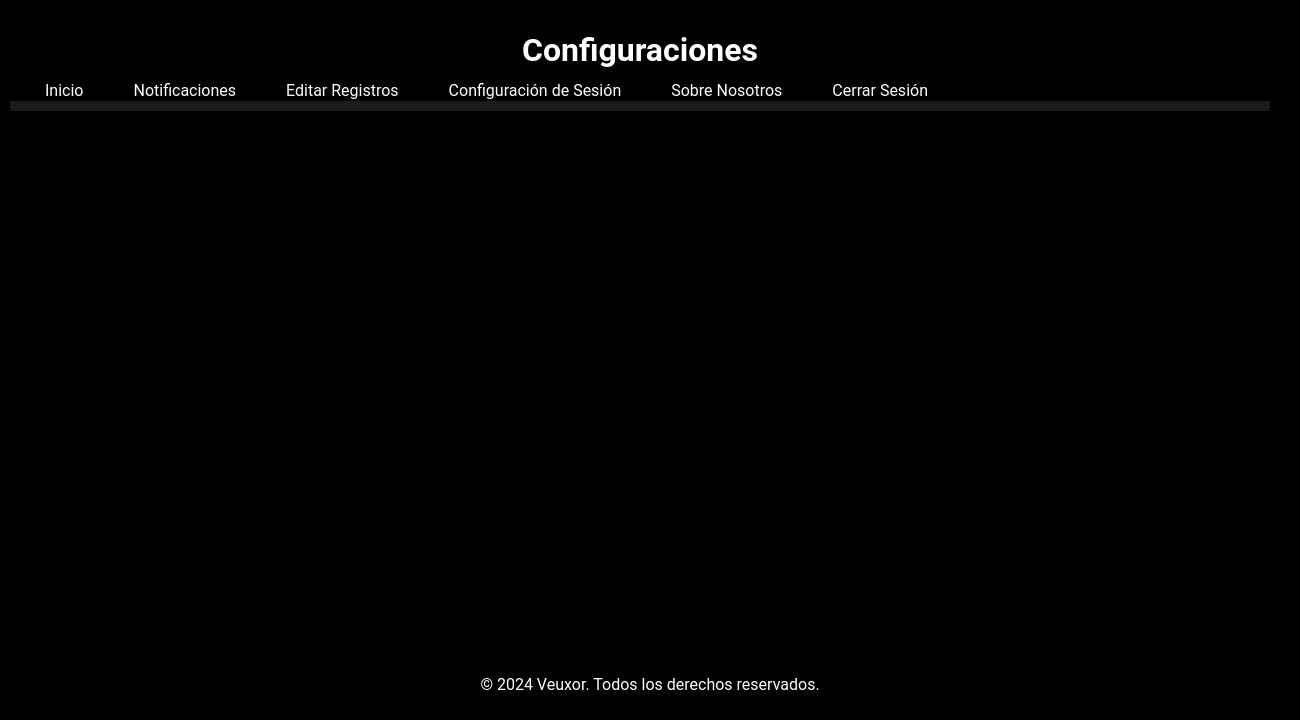
Repository: EddyWebz/updat
Page: privado/config.html
These files come from the project's save history. The page is drawn as it stood at one moment and after the next save; the edit follows.
The browser window is 1280 px wide. The page is 1300 px wide, so the pictures cover 1300 px, including what lies to the right of the window. The pictures show the whole page.

Above is the page before, as saved 2024-09-15 11:15:43.

### privado/config.html
<!DOCTYPE html>
<html lang="es">
<head>
    <meta charset="UTF-8">
    <meta name="viewport" content="width=device-width, initial-scale=1, maximum-scale=1, user-scalable=no">
    <title>Configuraciones</title>
    <link rel="stylesheet" href="/config.css">
    <link rel="apple-touch-icon" sizes="180x180" href="/ico/apple-touch-icon.png">
    <link rel="icon" type="image/png" sizes="32x32" href="/ico/favicon-32x32.png">
    <link rel="icon" type="image/png" sizes="16x16" href="/ico/favicon-16x16.png">
    <link rel="manifest" href="/ico/site.webmanifest">
    <link rel="stylesheet" href="https://cdnjs.cloudflare.com/ajax/libs/font-awesome/6.0.0-beta3/css/all.min.css">
</head>

<body>
    <header>
        <h1>Configuraciones</h1>
    </header>

    <!-- Menú desplegable para móviles -->
    <div class="dropdown-menu">
        <button class="menu-icon">
            <i class="fas fa-bars"></i> <!-- Ícono de Font Awesome -->
        </button>
        <div class="dropdown-content">
            <a href="#" id="home-link">Inicio</a>
            <a href="#" id="notifications-link">Notificaciones</a>
            <a href="#" id="editarRegistros">Editar Registros</a>
            <a href="#" id="configSesion">Configuración de Sesión</a>
            <a href="#" id="sobreNosotros">Sobre Nosotros</a>
            <a href="#" id="logout-button">Cerrar Sesión</a>
        </div>
    </div>

    <!-- Secciones de contenido ocultas inicialmente -->
    <div id="contenido-editar" style="display: none;">
        <h2>Editar Registros</h2>
        <p>Aquí puedes editar los registros de los vehículos.</p>
    </div>

    <div id="contenido-sesion" style="display: none;">
        <h2>Configuración de Sesión</h2>
        <p>Aquí puedes configurar tu sesión.</p>
    </div>

    <div id="contenido-nosotros" style="display: none;">
        <h2>Acerca de Nosotros</h2>
        <p>Información sobre nosotros.</p>
<p></p>
    </div>

    <!-- Pie de página básico -->
    <footer>
        <p>&copy; 2024 Veuxor. Todos los derechos reservados.</p>
    </footer>

    <!-- Scripts -->
    <script src="/config.js"></script>
</body>
</html>

### BASE-2/config.css
/* Estilos Generales */
body {
    background-color: #000000;
    color: #e0e0e0;
    font-family: 'Roboto', sans-serif;
    margin: 0;
    padding: 0;
}
/* Asegurar que el pie de página esté siempre en la parte inferior */
html, body {
    height: 100%;
    margin: 0;
    padding: 0;
    display: flex;
    flex-direction: column;
}

footer {
    margin-top: auto;
    background-color: #000000;
    color: #ffffff;
    padding: 10px;
    text-align: center;
    width: 100%;
}


header {
    background-color: #000000;
    color: #ffffff;
    padding: 10px 0; /* Ajustamos el padding para reducir el espacio */
    text-align: center;
}

/* Menú desplegable para móviles */
.dropdown-menu {
    position: relative;
    z-index: 900;
    margin-top: -80px; /* Mover hacia arriba */
    margin-left: 20px; /* Añadir espacio a la izquierda */
}

.menu-icon {
    background-color: #1b1b1b;
    color: #b0b0b0;
    border: 2px solid #ff8c00;
    padding: 10px;
    border-radius: 5px;
    cursor: pointer;
    font-size: 18px;
    transition: background-color 0.3s ease-in-out, transform 0.3s ease-in-out;
    box-shadow: 0 4px 8px rgba(0, 0, 0, 0.5);
}

.menu-icon:hover {
    background-color: #2a2a2a;
    transform: scale(1.1);
}

.menu-icon.open {
    transform: rotate(90deg);
}

.dropdown-content {
    position: absolute;
    left: 0;
    top: 100%;
    background-color: rgba(27, 27, 27, 0.95);
    min-width: 160px;
    box-shadow: 0px 8px 16px 0px rgba(0, 0, 0, 0.2);
    border-radius: 5px;
    z-index: 900;
    opacity: 0;
    transform: translateY(-10px);
    transition: opacity 0.4s ease, transform 0.4s ease;
    visibility: hidden;
    pointer-events: none;
}

.dropdown-content.show {
    opacity: 1;
    transform: translateY(0);
    visibility: visible;
    pointer-events: auto;
}

.dropdown-content a {
    color: #b0b0b0;
    padding: 12px 16px;
    text-decoration: none;
    display: block;
    transition: background-color 0.3s;
    border-bottom: 1px solid #2a2a2a;
}

.dropdown-content a:hover {
    background-color: #2a2a2a;
}

/* Para pantallas grandes: menú horizontal */
@media screen and (min-width: 972px) {
    /* Ocultar el ícono del menú desplegable en pantallas grandes */
    .menu-icon {
        display: none;
    }

    .dropdown-menu {
        display: flex;
        justify-content: flex-start; /* Alineamos el menú hacia la izquierda */
        background-color: #1b1b1b;
        margin-top: 0px; /* Mover hacia arriba */
        padding-left: 10px; /* Ajustamos el padding para que no quede pegado a la izquierda */
        margin-left: 10px; /* Añadir espacio a la izquierda */
        margin-right: 10px;
        padding-top: 10px;
    }

    .dropdown-content {
        position: relative;
        display: flex;
        justify-content: flex-start; /* Comienza desde la izquierda */
        background-color: transparent;
        visibility: visible;
        opacity: 1;
        transform: none;
        pointer-events: auto;
        box-shadow: none;
    }

    .dropdown-content a {
        color: #ffffff;
        padding: 10px 15px;
        margin: 0 10px;
        border: none;
        display: inline-block;
        background-color: transparent;
        margin-top: -40px; /* Sube los botones 5px */
    }

    .dropdown-content a:hover {
        background-color: #ff8c00;
        color: #000000;
    }
}

/* Secciones de contenido que se mostrarán al hacer clic */
#contenido-editar, #contenido-sesion, #contenido-nosotros {
    margin-top: 20px; /* Aseguramos que el contenido siempre esté debajo de la cabecera */
    padding: 20px;
    background-color: #1b1b1b;
    color: #e0e0e0;
    display: none; /* Inicialmente oculto */
    min-height: 300px; /* Asegura un tamaño mínimo */
    transition: all 0.4s ease; /* Suave transición para la visualización */
}

### BASE-2/config.js
document.addEventListener('DOMContentLoaded', () => {
    // ---- FUNCIONES DE INTERACCIÓN DEL MENÚ DESPLEGABLE ----
    const menuIcon = document.querySelector('.menu-icon');
    const dropdownContent = document.querySelector('.dropdown-content');

    menuIcon.addEventListener('click', () => {
        if (dropdownContent.classList.contains('show')) {
            dropdownContent.classList.remove('show');
            dropdownContent.classList.add('hide');
        } else {
            dropdownContent.classList.remove('hide');
            dropdownContent.classList.add('show');
        }
        menuIcon.classList.toggle('open');
    });

    window.addEventListener('click', (e) => {
        if (!menuIcon.contains(e.target) && !dropdownContent.contains(e.target)) {
            dropdownContent.classList.remove('show');
            dropdownContent.classList.add('hide');
            menuIcon.classList.remove('open');
        }
    });

    // RUTA PARA REDIRIGIR A INICIO
    const homeLin = document.getElementById('home-link');
    homeLin.addEventListener('click', () => {
        window.location.href = '/privado/cuerpo.html';
    });

    // Redirección al hacer clic en el enlace "notificaciones"
    const homeLink = document.getElementById('notifications-link');
    homeLink.addEventListener('click', () => {
        window.location.href = '/privado/report.html';
    });

    // RUTA PARA CERRAR SESION
    const logoutButton = document.getElementById('logout-button');
    logoutButton.addEventListener('click', async () => {
        const response = await fetch('/logout', {
            method: 'POST',
            headers: {
                'Content-Type': 'application/json'
            }
        });

        if (response.ok) {
            window.location.href = '/login';
        }
    });

    // BOTONES DEL MENÚ
    const editarBtn = document.getElementById('editarRegistros');
    const sesionBtn = document.getElementById('configSesion');
    const nosotrosBtn = document.getElementById('sobreNosotros');

    const editarContent = document.getElementById('contenido-editar');
    const sesionContent = document.getElementById('contenido-sesion');
    const nosotrosContent = document.getElementById('contenido-nosotros');

    const secciones = [editarContent, sesionContent, nosotrosContent];

    // Evento para desplegar el contenido de Editar Registros
    editarBtn.addEventListener('click', () => toggleSeccion(editarContent));

    // Evento para desplegar el contenido de Configuración de Sesión
    sesionBtn.addEventListener('click', () => toggleSeccion(sesionContent));

    // Evento para desplegar el contenido de Sobre Nosotros
    nosotrosBtn.addEventListener('click', () => toggleSeccion(nosotrosContent));

    // Función para mostrar una sección y ocultar las demás
    function toggleSeccion(seccion) {
        secciones.forEach(sec => sec.style.display = 'none');
        seccion.style.display = 'block';

        // Cerrar el menú desplegable si estamos en móviles
        if (window.innerWidth < 972) {
            dropdownContent.classList.remove('show');
            dropdownContent.classList.add('hide');
        }
    }
});

After the next save:
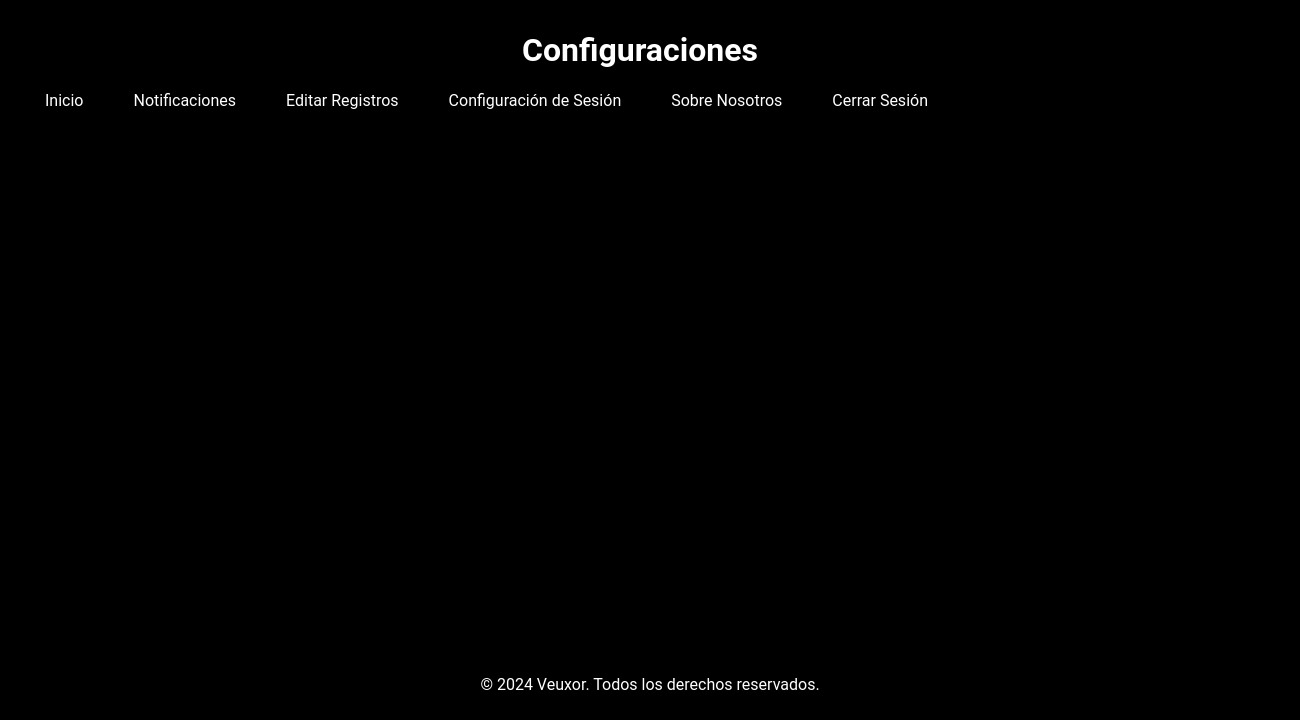
Saved 32 s later.
--- a/BASE-2/config.css
+++ b/BASE-2/config.css
@@ -108,11 +108,10 @@ header {
         display: flex;
         justify-content: flex-start; /* Alineamos el menú hacia la izquierda */
         background-color: #1b1b1b;
-        margin-top: 0px; /* Mover hacia arriba */
+        margin-top: 20px; /* Mover hacia arriba */
         padding-left: 10px; /* Ajustamos el padding para que no quede pegado a la izquierda */
         margin-left: 10px; /* Añadir espacio a la izquierda */
         margin-right: 10px;
-        padding-top: 10px;
     }
 
     .dropdown-content {
